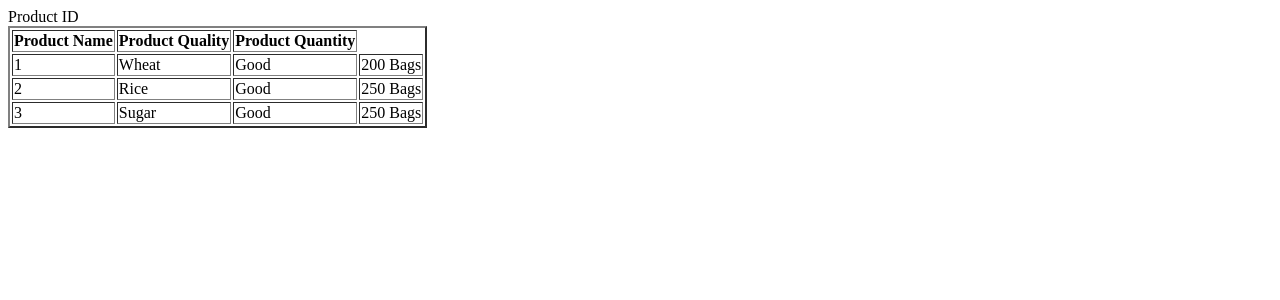
Repository: pranavi481/Assignments
Page: Tables.html
The author's editor kept a record of every edit. The page is drawn from the files as they stood at one moment, then again after the next edit.
The browser window is 1280 px wide. The pictures show the whole page.

Above is the page before.

### Tables.html
<!doctype html>
<html>
    <head>
        <meta charset = "utf-8">
        <title> Table </title>
    </head>
    <body>
        <table border= "2">
            <tr>
                <div style ="color blue"
                <th>Product ID</th>
                <th>Product Name</th>
                <th>Product Quality</th>
                <th>Product Quantity</th>

            </tr>
            <tr>
                <td>1</td>
                <td>Wheat</td>
                <td>Good</td>
                <td>200 Bags</td>
            </tr>
            <tr>
                <td>2</td>
                <td>Rice</td>
                <td>Good</td>
                <td>250 Bags</td>
            </tr>
            <tr>
                <td>3</td>
                <td>Sugar</td>
                <td>Good</td>
                <td>250 Bags</td>
            </tr>
        </table>
    </body>
</html>

After the next edit:
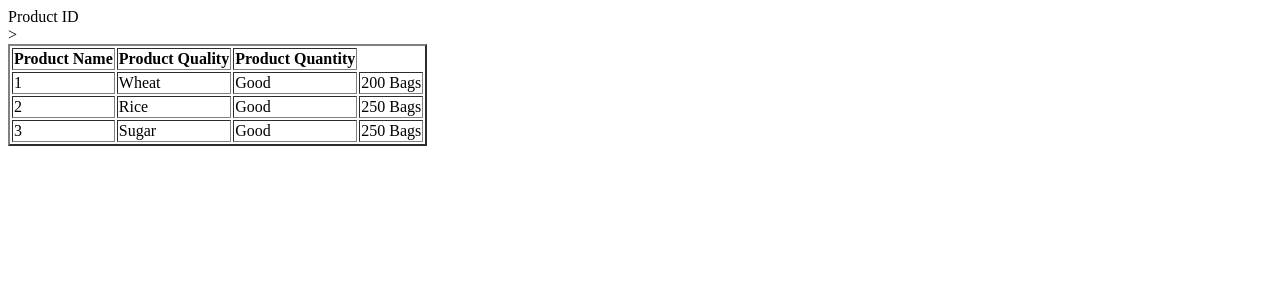
The edit:
--- a/Tables.html
+++ b/Tables.html
@@ -12,7 +12,7 @@
                 <th>Product Name</th>
                 <th>Product Quality</th>
                 <th>Product Quantity</th>
-
+                >
             </tr>
             <tr>
                 <td>1</td>
